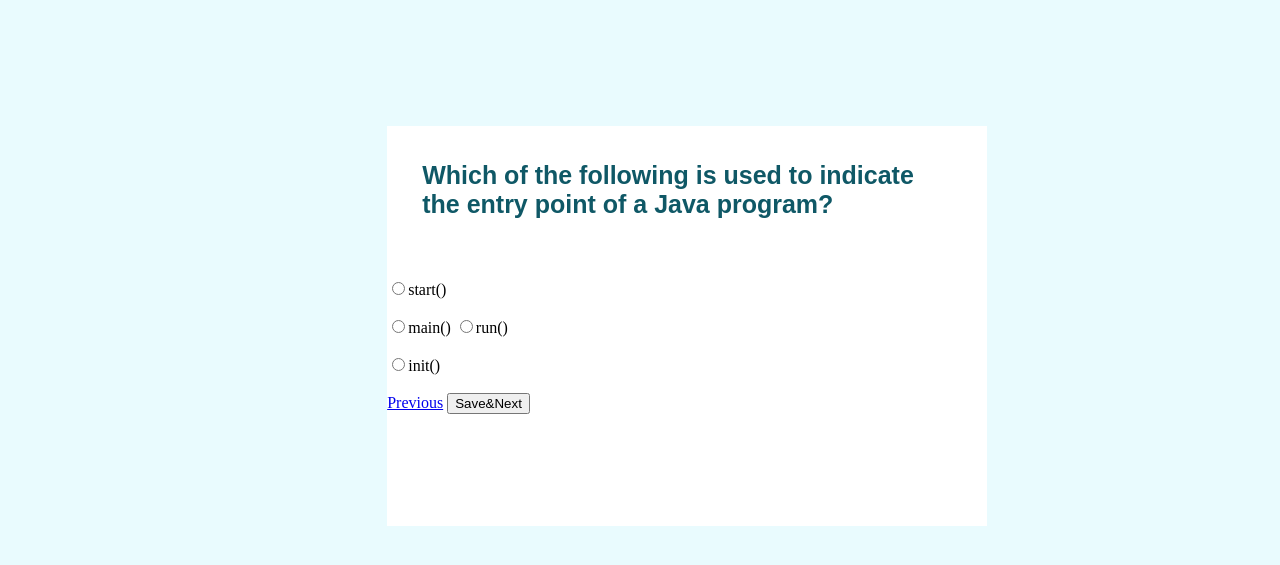
Repository: Rupali-8062Chourasiya5279/Internship_Task_Rupali
Page: Programming Language/quiz/QuizApp/src/main/webapp/Fourth.html
The author's editor kept a copy of each file at every save. The page is drawn from the files as they stood at one save, then again after the next save.
The browser window is 1280 px wide. The pictures show the whole page.

Above is the page before, as saved 2025-01-24 13:56:25.

### Programming Language/quiz/QuizApp/src/main/webapp/Fourth.html
<!DOCTYPE html>
<html>
<head>
<meta charset="UTF-8">
<title>Que4</title>
<style>
body
{
background-color: #7ce0f4;
}
#div1
{
background-color: white;
height :400px ;
width : 600px;
margin-left: 30%;
margin-top: 10%;
}
 h3
 {
 padding:35px;
 font: bold;
 color: #0f5866;
 font-family: sans-serif;
 font-size: 25px;
 }
 #a{
 text-decoration: none;
 font: bold;
 color: white;
 background-color:#0f5866;
 font-family: sans-serif;
 padding:5px 10px 5px 10px;
 margin-left:50px;
 font-size: 15px;
 border-radius: 10px;
 }
 #sub
 {
 font: bold;
 color: white;
 background-color:#0f5866;
 font-family: sans-serif;
 float:right;
 padding:5px 10px 5px 10px;
 margin-right:100px;
 font-size: 15px;
 border-radius: 10px;
 }
 body
 {
 background-color: #e9fbfe;
 }
 .c1
 {
 margin-left: 50px;
 }
</style>
</head>
<body>
	<form action="Fourth">
	<div id="div1">
	<h3>Which of the following is used to indicate the entry point of a Java program?</h3>
	<input type="radio" name="q4" value="start()">start()</input><br><br>
	<input type="radio" name="q4" value="main()">main()</input>
	<input type="radio" name="q4" value="run()">run()</input><br><br>
	<input type="radio" name="q4" value="init()">init()</input><br><br>
	<a href="Third.html">Previous</a>
	<input type="submit" value="Save&Next">
	</div>
	</form>
</body>
</html>

After the next save:
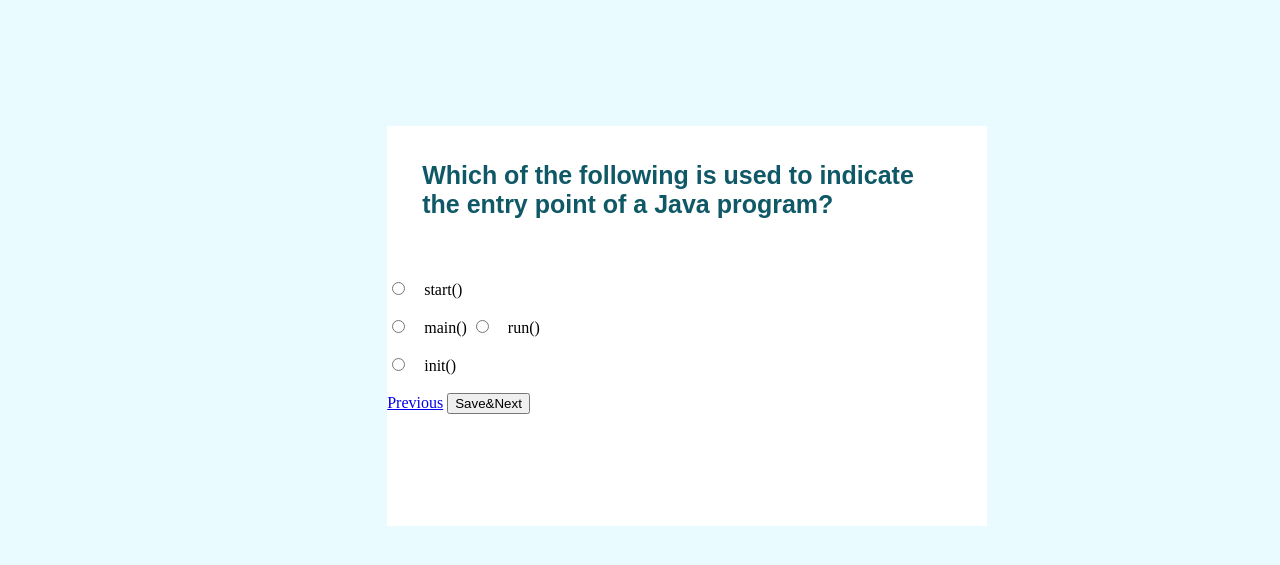
Saved 18 s later.
--- a/Programming Language/quiz/QuizApp/src/main/webapp/Fourth.html
+++ b/Programming Language/quiz/QuizApp/src/main/webapp/Fourth.html
@@ -61,10 +61,10 @@ margin-top: 10%;
 	<form action="Fourth">
 	<div id="div1">
 	<h3>Which of the following is used to indicate the entry point of a Java program?</h3>
-	<input type="radio" name="q4" value="start()">start()</input><br><br>
-	<input type="radio" name="q4" value="main()">main()</input>
-	<input type="radio" name="q4" value="run()">run()</input><br><br>
-	<input type="radio" name="q4" value="init()">init()</input><br><br>
+	<input type="radio" name="q4" value="start()">&emsp;start()</input><br><br>
+	<input type="radio" name="q4" value="main()">&emsp;main()</input>
+	<input type="radio" name="q4" value="run()">&emsp;run()</input><br><br>
+	<input type="radio" name="q4" value="init()">&emsp;init()</input><br><br>
 	<a href="Third.html">Previous</a>
 	<input type="submit" value="Save&Next">
 	</div>
